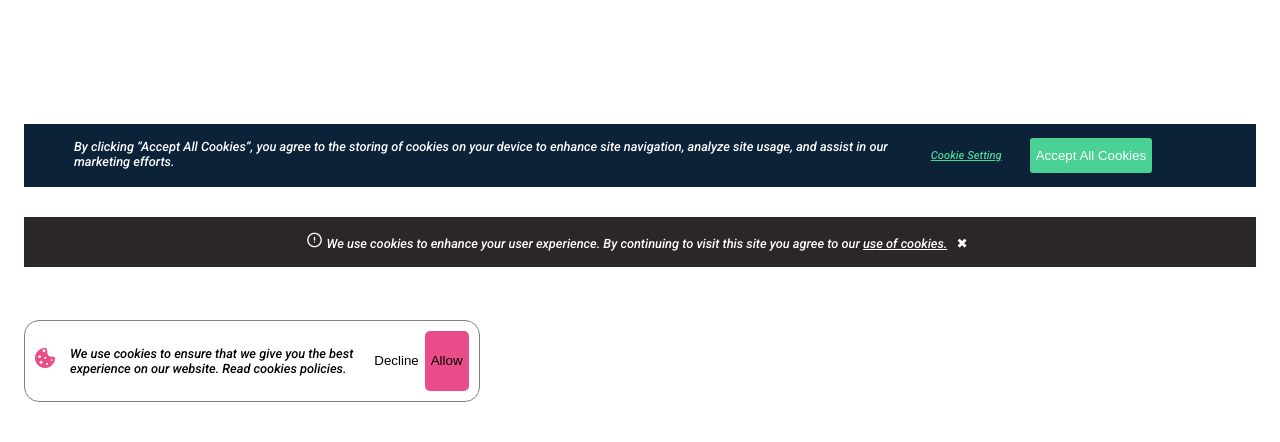
Repository: batonAnton/cursor_cookies_lectr3
Page: index.html
An editor plug-in stored every save of this project. The page is shown before and after the next save, followed by the edit.
The browser window is 1280 px wide. The pictures show the whole page.

Above is the page before, as saved 2022-06-01 12:46:09.

After the next save:
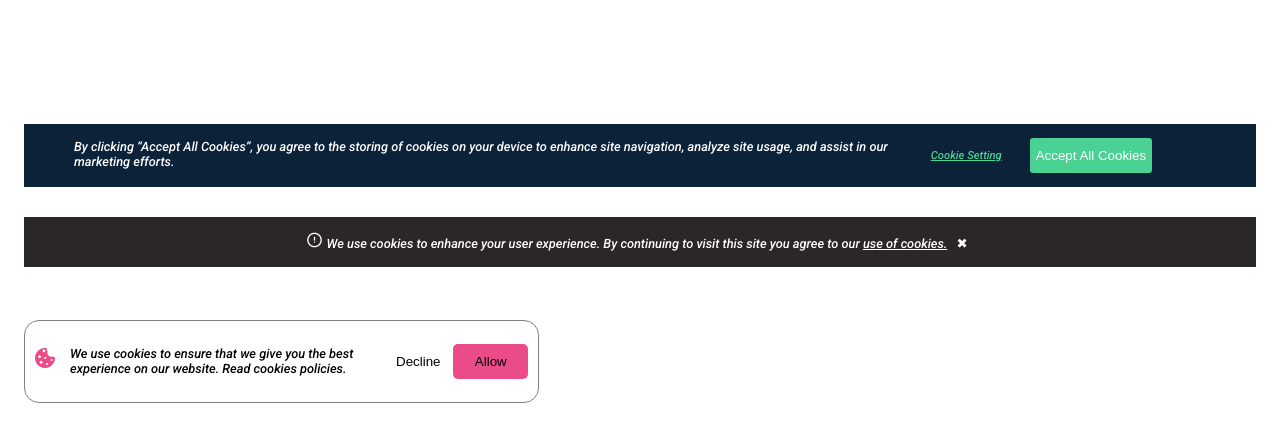
Saved 7 min 24 s later.
--- a/css/style.css
+++ b/css/style.css
@@ -60,7 +60,7 @@ p {
   display: inline-flex;
   margin-top: 40px;
   border-radius: 15px;
-  border: 1px solid gray;
+  border: 0.5px solid gray;
   padding: 10px;
 }
 
@@ -73,10 +73,18 @@ p {
   margin-top: 17px;
 }
 
+.banner_3 a {
+  color: #ea4c89;
+  text-decoration: none;
+}
+
 .false_btn {
   background-color: white;
   border: none;
   text-transform: capitalize;
+  margin: 13px 0 13px 15px;
+  height: 35px;
+  width: 70px;
 }
 
 .true_btn {
@@ -84,4 +92,7 @@ p {
   border: none;
   border-radius: 5px;
   text-transform: capitalize;
+  margin: 13px 0 13px 0px;
+  height: 35px;
+  width: 75px;
 }
